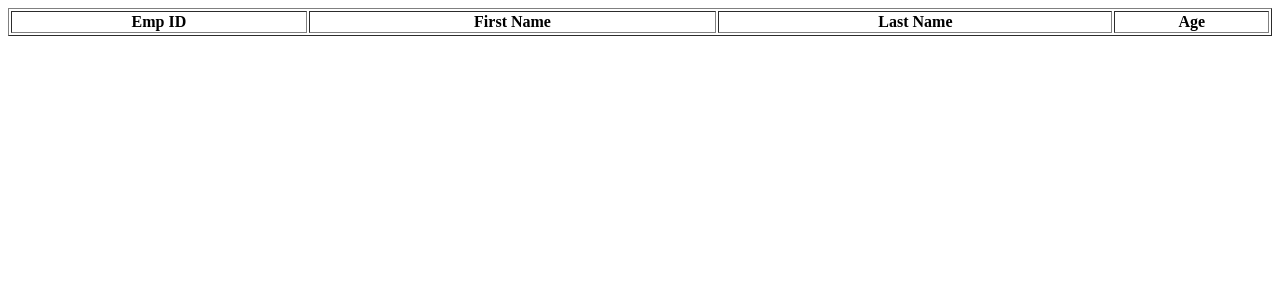
Repository: jkopi11/ffbp
Page: http://localhost/FFB_Analyzer/templates/getProjections.jsp
An editor plug-in stored every save of this project. The page is shown before and after the next save, followed by the edit.
The browser window is 1280 px wide. The pictures show the whole page.
The page is served by Tomcat 9. Other server files are loaded and not shown. Queries for data that is not in the repository find no rows.

Above is the page before, as saved 2016-09-06 13:34:01.

### FFB_Analyzer/WebContent/templates/getProjections.jsp
<%@ page import="java.io.*,java.util.*,java.sql.*"%>
<%@ page import="javax.servlet.http.*,javax.servlet.*" %>
<%@ taglib uri="http://java.sun.com/jsp/jstl/core" prefix="c"%>
<%@ taglib uri="http://java.sun.com/jsp/jstl/sql" prefix="sql"%>

<html>
<head>
<title>JSTL sql:query Tag</title>
</head>
<body>

<sql:query dataSource="jdbc/ffbp" var="result">
SELECT * from players;
</sql:query>

<table border="1" width="100%">
<tr>
<th>Emp ID</th>
<th>First Name</th>
<th>Last Name</th>
<th>Age</th>
</tr>
<c:forEach var="row" items="${result.rows}">
<tr>
<td><c:out value="${row.P_ID}"/></td>
<td><c:out value="${row.ESPNPROJ}"/></td>
</tr>
</c:forEach>
</table>

</body>
</html>

After the next save:
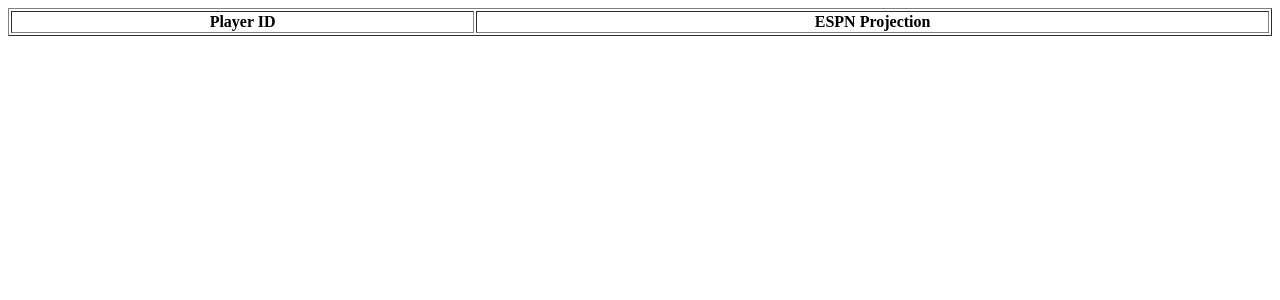
Saved 13 s later.
--- a/FFB_Analyzer/WebContent/templates/getProjections.jsp
+++ b/FFB_Analyzer/WebContent/templates/getProjections.jsp
@@ -15,10 +15,8 @@ SELECT * from players;
 
 <table border="1" width="100%">
 <tr>
-<th>Emp ID</th>
-<th>First Name</th>
-<th>Last Name</th>
-<th>Age</th>
+<th>Player ID</th>
+<th>ESPN Projection</th>
 </tr>
 <c:forEach var="row" items="${result.rows}">
 <tr>
